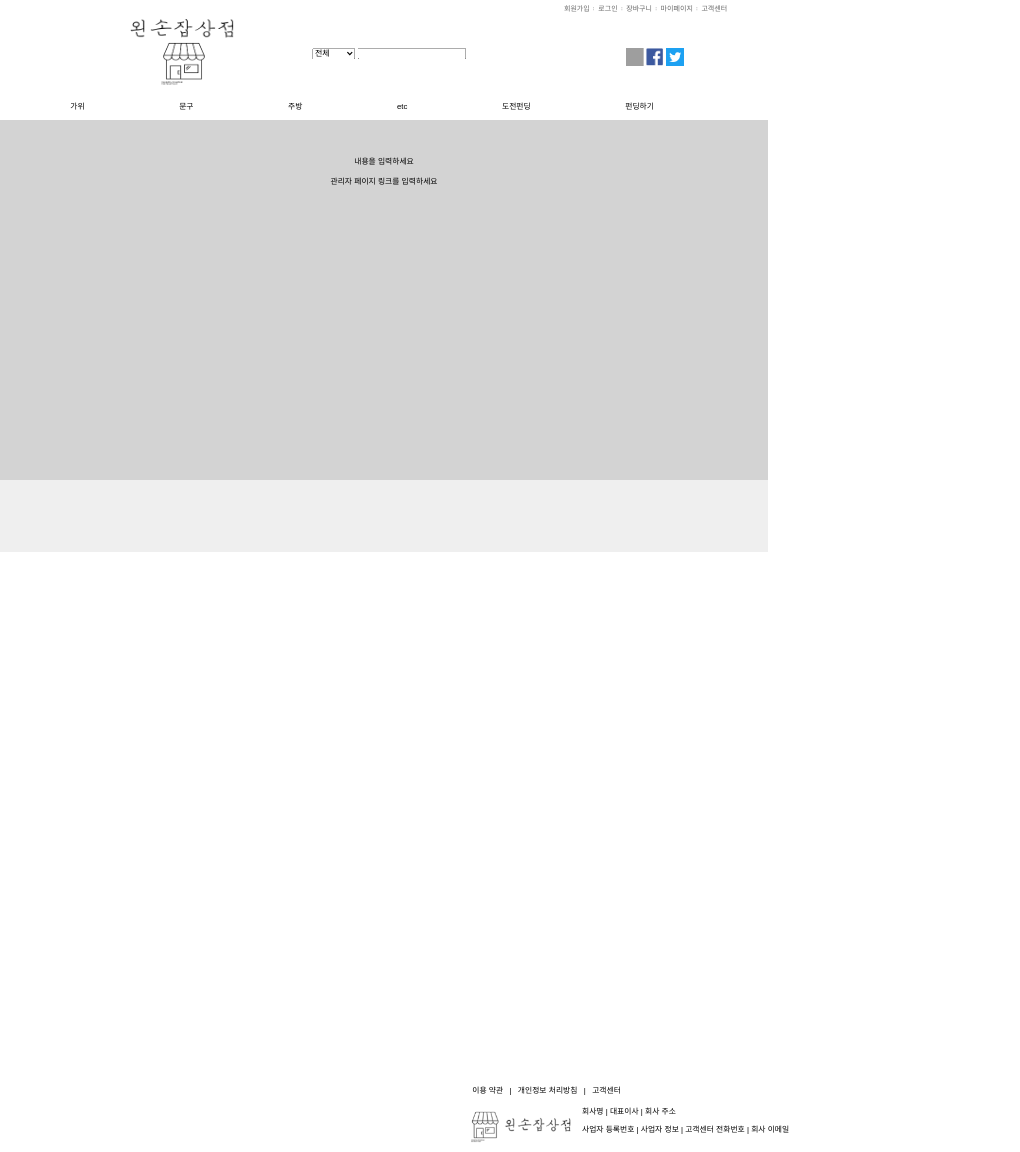
Repository: GroundPark/team6
Page: http://localhost/lefthand/index.jsp
An editor plug-in stored every save of this project. The page is shown before and after the next save, followed by the edit.
The browser window is 1280 px wide. The page is 1700 px wide, then 1280 px, so the pictures cover 1700 px, including what lies to the right of the window. The pictures show the whole page, at 60% of full size.
Pictures or frames that could not be fetched are drawn as grey boxes. The page is served by Tomcat 9. Nobody is signed in. The application's start-up code is not run. Other server files are loaded and not shown.

Above is the page before, as saved 2021-11-20 04:24:47.

### lefthand/WebContent/index.jsp
<%@ page language="java" contentType="text/html; charset=UTF-8" pageEncoding="UTF-8"%>
<%

%>
<body>
<%@ include file="include/header.jsp" %>
<div class="maindiv">
    <br /><br /><br /><br />
    <h2 align="center">내용을 입력하세요</h2>
    <br />
	<h2 align="center"><a href="#" >관리자 페이지 링크를 입력하세요</a></h2>
	<br />
</div>
<%@ include file="include/footer.jsp" %>

### lefthand/WebContent/include/header.jsp
<%@ page language="java" contentType="text/html; charset=UTF-8" pageEncoding="UTF-8"%>
<%@ page import="product.vo.*" %>
<!DOCTYPE html PUBLIC "-//W3C//DTD HTML 4.01 Transitional//EN" "http://www.w3.org/TR/html4/loose.dtd">

<html>
<head>
<meta http-equiv="Content-Type" content="text/html; charset=UTF-8">
<title>Insert title here</title>
<link rel="stylesheet" type="text/css" href="css/reset.css" />
<link rel="stylesheet" type="text/css" href="css/base.css" />
<link rel="stylesheet" type="text/css" href="css/layout.css" />
<link rel="stylesheet" type="text/css" href="css/header.css" />
<link rel="stylesheet" type="text/css" href="css/footer.css" />
<link rel="stylesheet" type="text/css" href="css/teststyle.css" />	<!-- 박지상 테스트용 css -->
<script type="text/javascript" src=""></script>
<script type="text/javascript" src=""></script>
</head>
<body>
<!-- #header 영역 시작 -->
<div id="wrapper">
<div id="header">
	<div id="logo"><h1 class="logo"><a href="#"><img src="img/header/logo.png" alt="로고" class="logo" /></a></h1></div>
	<ul id="infoMenu">
		<li><a href="#">회원가입</a></li>
		<li><a href="#">로그인</a></li>
		<li><a href="#">장바구니</a></li>
		<li><a href="#">마이페이지</a></li>
		<li><a href="#">고객센터</a></li>
	</ul>
	<h2>검색 창</h2>
	<ul id="searchMain">
		<li><select class="hand">
			<option value="전체">전체</option>
			<option value="가위">가위</option>
			<option value="문구">문구</option>
			<option value="주방">주방</option>
			<option value="etc">etc</option>
			<option value="도전펀딩">도전펀딩</option>
			<option value="펀딩하기">펀딩하기</option>
		</select></li>
		<li><input type="text" /></li>
	</ul>
	<h2>메인 메뉴</h2>
	<ul id="navigation">
		<li><a href="pdt_list.pdt">가위</a></li>
		<li><a href="pdt_office.pdt">문구</a></li>
		<li><a href="pdt_kitchen.pdt">주방</a></li>
		<li><a href="pdt_etc.pdt">etc</a></li>
		<li><a href="#">도전펀딩</a></li>
		<li><a href="#">펀딩하기</a></li>
	</ul>
	<h2>SNS</h2>
	<ul id="sns">
		<li><a href="#"><img src="img/header/instagram.png" alt="인스타" /></a></li>
		<li><a href="#"><img src="img/header/facebook.jpg" alt="페이스북" /></a></li>
		<li><a href="#"><img src="img/header/twitter.png" alt="트위터" /></a></li>
	</ul>
</div>
<!-- div#header 영역 종료 -->

### lefthand/WebContent/include/footer.jsp
<%@ page language="java" contentType="text/html; charset=UTF-8" pageEncoding="UTF-8"%>
<!DOCTYPE html PUBLIC "-//W3C//DTD HTML 4.01 Transitional//EN" "http://www.w3.org/TR/html4/loose.dtd">

<footer>
	<!-- footerInner영역 시작 -->
	<div class="footerInner">
		<div class="corp_area">
			<ul class="corp_list">
				<li><a href="#">이용 약관</a></li> |
				<li><a href="#">개인정보 처리방침</a></li> |
				<li><a href="#">고객센터</a></li>
			</ul>
		</div>
		<div class="company_info_area">
		<img src="img/logo_long.png" width="191px" height="59px" alt="Logo" class="footerLogo"/>
			<div class="ci_area">
				<ul class="company_info">
					<li><a href="#">회사명</a></li> |
					<li><a href="#">대표이사</a></li> |
					<li><a href="#">회사 주소</a></li>
				</ul>
			</div>
		</div>
			<div class="ci_area">
			<ul class="company_info">
				<li><a href="#">사업자 등록번호</a></li> |
				<li><a href="#">사업자 정보</a></li> |
				<li><a href="#">고객센터 전화번호</a></li> |
				<li><a href="#">회사 이메일</a></li>
			</ul>
			</div>
		</div>
 	</div>
</footer>
</div>
</body>
</html>

### lefthand/WebContent/css/reset.css


body, div, span, dl, dt, dd, ul, ol, li, h1, h2, h3, h4, h5, h6, blockquote, p, address, pre, form, fieldset, input, textarea, select, table, th, td { margin:0; padding:0; }

h1, h2, h3, h4, h5, h6 { font-weight:normal; font-size:100%; }

fieldset, abbr, acronym, img { border:0 none; }

ul, ol { list-style:none; }

caption, th { font-weight:normal; text-align:left; }

address, b, em, i, strong { font-weight:normal; font-style:normal; }

ins { text-decoration:none; }
del { text-decoration:line-through; }

blockquote:before, blockquote:after, q:before, q:after { content:""; }

hr { display:none; }

### lefthand/WebContent/css/base.css
/*
base.css : 사이트 전체에 적용할 기본 설정값.
				  기본 글꼴, 배경 등 스타일로 사이트 전체에 통일성 줌
*/

.hand { cursor:pointer; }	/* cursor:pointer : .hand클래스가 있는 태그에 마우스를 올렸을 때 마우스모양이 손모양으로 바뀜 */

body {
	font-family:"돋움", Dotum, "굴림", Gulim, sans-serif;
	font-size:13px;
}

a:link { color:#4f4f4f; text-decoration:none; }
a:visited { color:#8a2e91; text-decoration:none; }
a:hover { color:#f00; text-decoration:underline; }
a:focus { color:#f00; text-decoration:underline; }
a:active { color:#f00; text-decoration:none; }

/*----------------- 해더 영역 ----------------- */

#header { position:relative; width:1200px; height:200px; margin:0 auto;  border:0px black solid; }
#header h2, legend, .banner h3, .search h3, #slogan h2, #footer h2 { display:none; }

.logo { width:230px; height:130px; }
#logo { position:absolute; top:15px; left:150px; }

#infoMenu { position:absolute; top:0; right:0; text-align:right; margin-right:25px; font-size:0.9em; padding:8px 0 7px 0; }
#infoMenu li { display:inline; padding:0 3px 0 8px; background:url("../img/header/topnavi_bar.gif") no-repeat 0 4px;}
#infoMenu li:first-child { background:none; }
/* id가 'infoMenu'인 요소내에 있는 li요소들 중 첫번째 요소의 배경이미지를 삭제 */
#infoMenu li a { color:#676767; }
#infoMenu li a:hover, #infoMenu li a:focus { color:#000 }

#searchMain { position:absolute; top:80px; left:480px; }
#searchMain li { display:inline; }

#navigation { position:absolute; top:170px; border:0px black solid; margin:0 auto;}
#navigation li { display:inline; margin:0 77px; }

#sns { position:absolute; top:80px; right:100px; }
#sns li { display:inline; }
#sns li a img { width:30px; height:30px; display:inline; }

/*----------------- 푸터 영역 ----------------- */

### lefthand/WebContent/css/layout.css


#wrapper {
	position: relative;
	width: 100%;
	min-height :100%
}



#contents {

}

### lefthand/WebContent/css/header.css
@charset "EUC-KR";
/* base용 css */

### lefthand/WebContent/css/footer.css
@charset "EUC-KR";
/* base용 css */
body {
	font-family:"돋움", Dotum, "굴림", Gulim, sans-serif; font-size:13px;
	line-height:1.2;
}

a:link { color:#000; text-decoration:none; }
a:visited { color:#000; text-decoration:none; }
a:hover { color:#000; text-decoration:underline; }
a:focous { color:#000; text-decoration:underline; }
a:active { color:#000; text-decoration:none; }


/* layout용 css */
footer {
	width:100%; height:120px; margin:0 auto; background:#efefef; position:absolute;
	bottom: 0;
}

/* ---------- footer 영역 ---------- */
/*
.footerInner { width:1200px; height:120px; position:absolute;  }
.corp_area { padding-top:10px; padding-left:125px; }
.corp_list { padding-left:155px; }
.corp_area ul { text-align:left; }
.corp_area li { display:inline-block; padding:0 7px 0 7px; }
.footerLogo { position:absolute; top:50px; padding-left:280px; }
.company_info_area { overflow:hidden; margin-bottom:10px; padding-top:10px;  }
.company_info_area > div:nth-of-type(1) { padding:9px 0 5px 0; }
.company_info { overflow:hidden; margin: 0 0 0 470px;}
.company_info ul { text-align:left;}
.company_info li { display:inline-block;  }
*/
.footerInner { width:1200px; height:120px; position:absolute; top:1000px; left:500px; }
.corp_area { padding-top:10px; padding-left:125px; }
.corp_list { padding-left:155px; }
.corp_area ul { text-align:left; }
.corp_area li { display:inline-block; padding:0 7px 0 7px; }
.footerLogo { position:absolute; top:50px; padding-left:280px; }
.company_info_area { overflow:hidden; margin-bottom:10px; padding-top:10px;  }
.company_info_area > div:nth-of-type(1) { padding:9px 0 5px 0; }
.company_info { overflow:hidden; margin: 0 0 0 470px;}
.company_info ul { text-align:left;}
.company_info li { display:inline-block;  }

### lefthand/WebContent/css/teststyle.css
@charset "UTF-8";

.maindiv{
	height: 100%;	width:100%;
	background-color:#d3d3d3;
}


.pdt_contents {
	width:80%; height:600px;  margin: 0 auto;
	background-color:#bbbbbb;

}

After the next save:
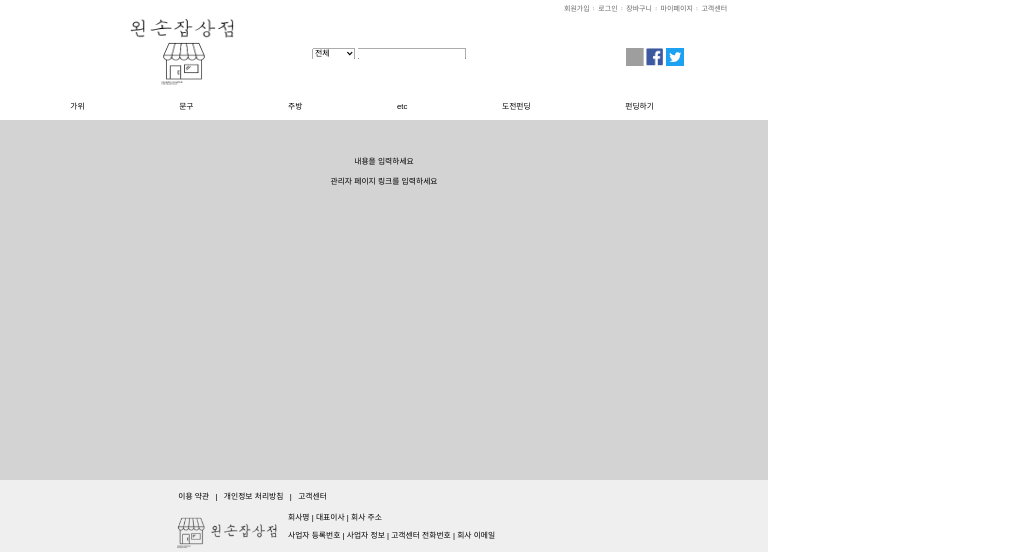
Saved 13 s later.
--- a/lefthand/WebContent/css/footer.css
+++ b/lefthand/WebContent/css/footer.css
@@ -32,7 +32,7 @@ footer {
 .company_info ul { text-align:left;}
 .company_info li { display:inline-block;  }
 */
-.footerInner { width:1200px; height:120px; position:absolute; top:1000px; left:500px; }
+.footerInner { width:1200px; height:120px; position:absolute; top:10px; left:10px; }
 .corp_area { padding-top:10px; padding-left:125px; }
 .corp_list { padding-left:155px; }
 .corp_area ul { text-align:left; }
